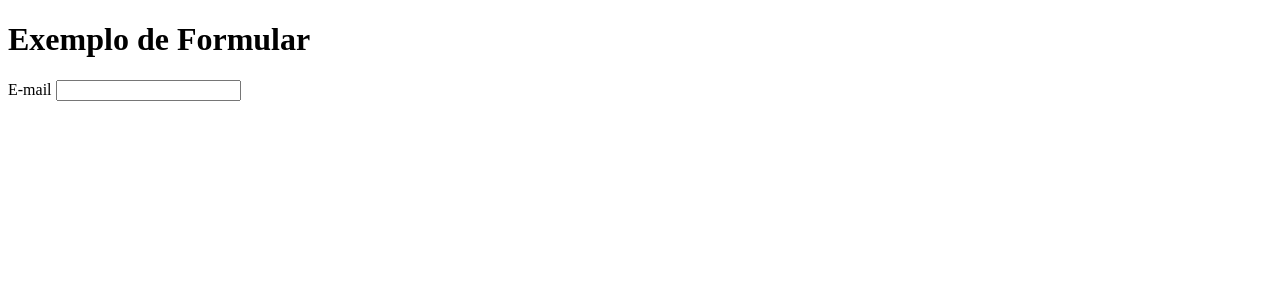
Repository: DorivalJunior14/exercicios
Page: ex025.html/form004.html
An editor plug-in stored every save of this project. The page is shown before and after the next save, followed by the edit.
The browser window is 1280 px wide. The pictures show the whole page.

Above is the page before, as saved 2022-07-20 17:44:11.

After the next save:
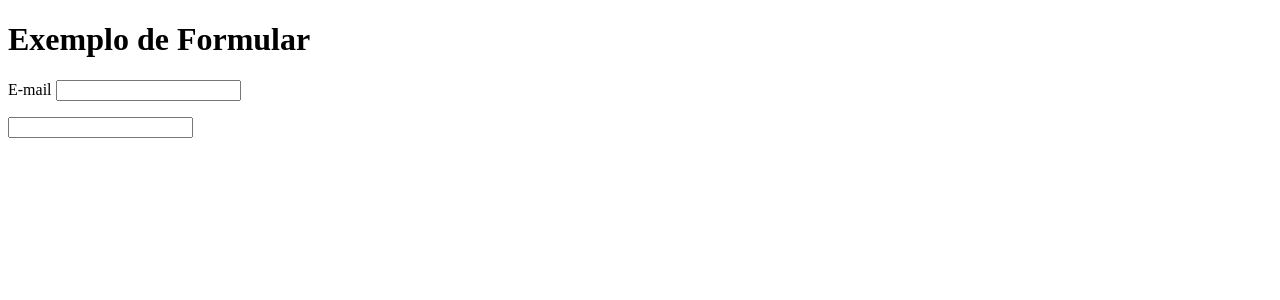
Saved 9 s later.
--- a/ex025.html/form004.html
+++ b/ex025.html/form004.html
@@ -12,7 +12,7 @@
             <label for="iemail">E-mail</label>
             <input type="email" name="email" id="iemail">
             <p>
-
+                <input t
             </p>
         </form>
 </body>
